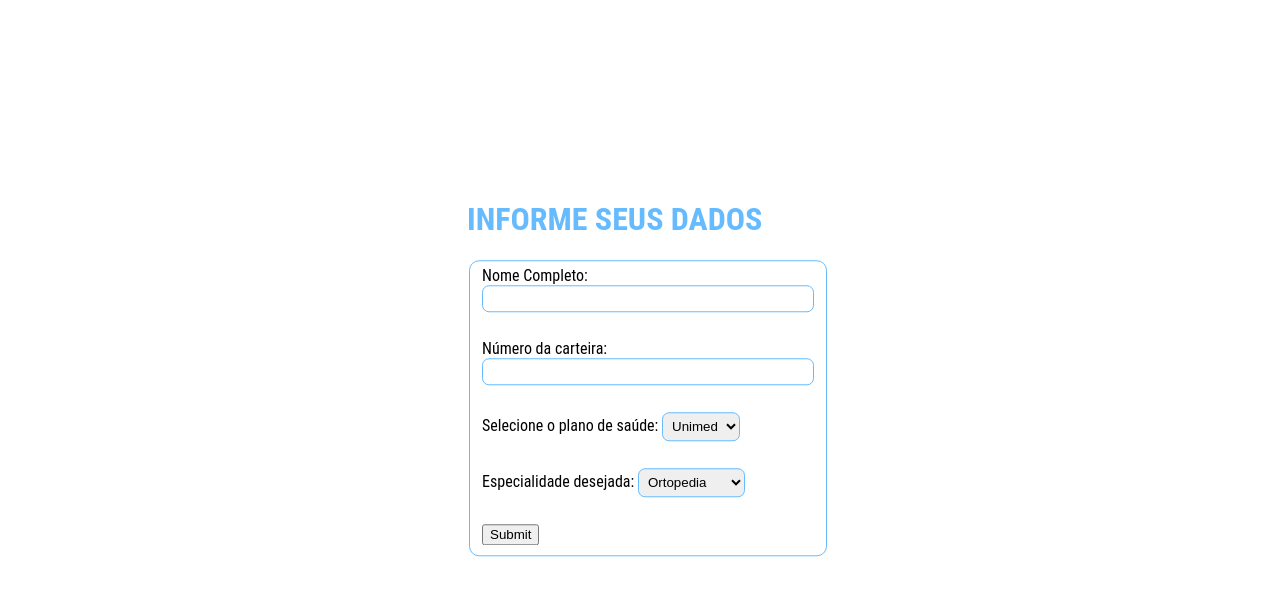
Repository: ohenriquesouza/HospitalCRUD-using-JavaEE
Page: JSP_test/src/main/webapp/novaConsulta.html
The author's editor kept a copy of each file at every save. The page is drawn from the files as they stood at one save, then again after the next save.
The browser window is 1280 px wide. The pictures show the whole page.
Some web fonts or font styles are not loaded; a fallback is used.

Above is the page before, as saved 2022-12-27 16:36:37.

### JSP_test/src/main/webapp/novaConsulta.html
<!DOCTYPE html>
<html lang = "pt-br">
    <head>
        <meta charset="UTF-8">
        <meta http-equiv="X-UA-Compatible" content="IE=edge">
        <meta name="viewport" content="width=device-width, initial-scale=1.0">
        <title>Nova Consulta</title>
        <link rel="stylesheet" href="style.css">
        <style>
            fieldset{
                border-radius: 10px;
                border: 1px solid #66bbff;
            }
            .input_name{
            	width: 320px;
            	padding: 5px;
            	margin-bottom: 8px;
            	border: 1px solid #66bbff;
            	border-radius: 7px;
            }
            .input_nmCarteira{
            	width: 320px;
            	padding: 5px;
            	margin-bottom: 8px;
            	border: 1px solid #66bbff;
            	border-radius: 7px;
            }
             .input_plano{
            	padding: 5px;
            	margin-bottom: 8px;
            	border: 1px solid #66bbff;
            	border-radius: 7px;
            }
             .input_espec{
            	padding: 5px;
            	margin-bottom: 8px;
            	border: 1px solid #66bbff;
            	border-radius: 7px;
            }

        </style>
    </head>
    <body>
        <div class="box">
        	<h1>INFORME SEUS DADOS</h1>
            <form action="">
                <fieldset>
                    <div class="input_box">
                        <label for="nome">Nome Completo:</label>
                        <input type="text" name="nome" id="nome" class="input_name" required></input>
                    </div>
                    <br>
	                <div class="input_box">
                        <label for="NmCarteira">Número da carteira:</label>
                        <input type="number" name="NmCarteira" id="NmCarteira" class="input_nmCarteira" required></input>
                    </div>
                    <br>
                     <div class="input_box">
                        <label for="">Selecione o plano de saúde:</label>
						<select name="plan" id="plan" form="" class="input_plano">
						  <option value="ortopedia">Unimed</option>
						  <option value="pediatria">Amil</option>
						  <option value="clinica">GNDI</option>
						</select>
                    </div>
                    <br>
                    <div class="input_box">
                        <label for="">Especialidade desejada:</label>
						<select name="especs" id="especs" form="" class="input_espec">
						  <option value="ortopedia">Ortopedia</option>
						  <option value="pediatria">Pediatria</option>
						  <option value="clinica">Clínica geral</option>
						</select>
                    </div>
                    <br>
                    <input type="submit"></input>
                </fieldset>
            </form>
        </div>
    </body>
</html>

### JSP_test/src/main/webapp/style.css
@charset "utf-8";
@import url('https://fonts.googleapis.com/css2?family=Roboto+Condensed:wght@300&display=swap');
body{
    position: absolute;
    top: 50%;
    left: 50%;
    transform: translate(-50%, -50%);
	font-size: 1em;
	font-weight: 400;
	font-family: 'Roboto Condensed', sans-serif;
}
h1{
	color: #66bbff;
}
.botao1{
	text-decoration: none;
	background-color: #66bbff;
	padding: 5px 10px 5px 10px;
	color: #fff;
	font-size: 1.2em;
	font-weight: 700;
	border-radius: 8px;
	cursor: pointer;
}
 .box{
                position: absolute;
                top: 50%;
                left: 50%;
                transform: translate(-50%, -50%);
                padding: 15px;
                border-radius: 10px;
}

After the next save:
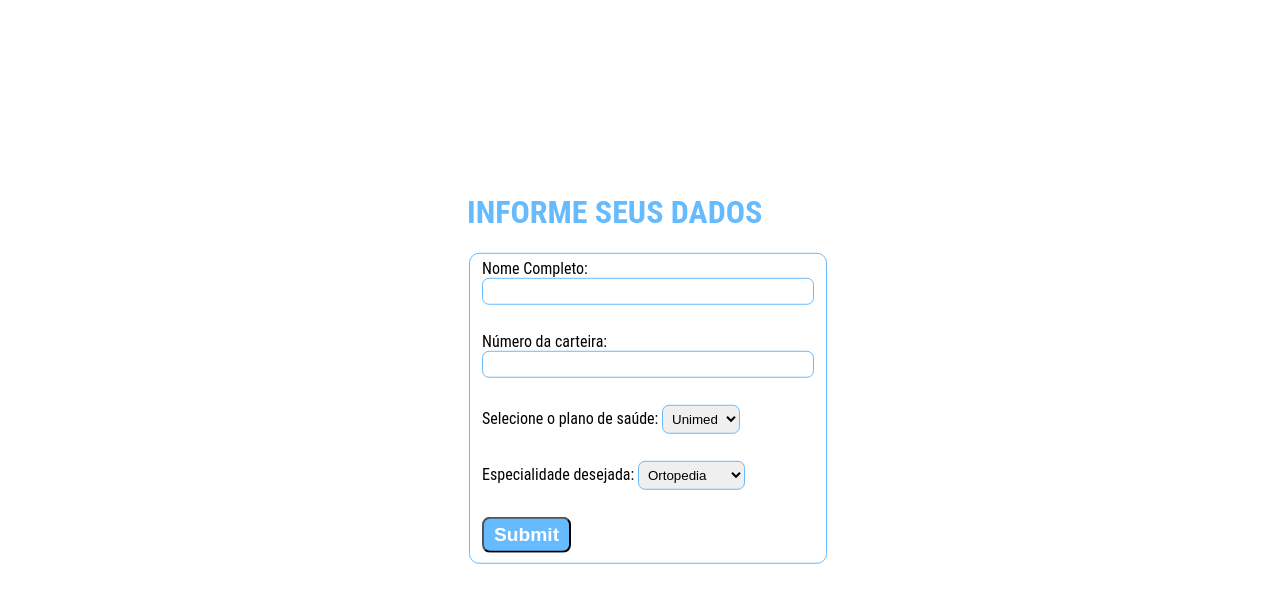
Saved 22 s later.
--- a/JSP_test/src/main/webapp/novaConsulta.html
+++ b/JSP_test/src/main/webapp/novaConsulta.html
@@ -73,7 +73,7 @@
 						</select>
                     </div>
                     <br>
-                    <input type="submit"></input>
+                    <input class="botao1" type="submit"></input>
                 </fieldset>
             </form>
         </div>
